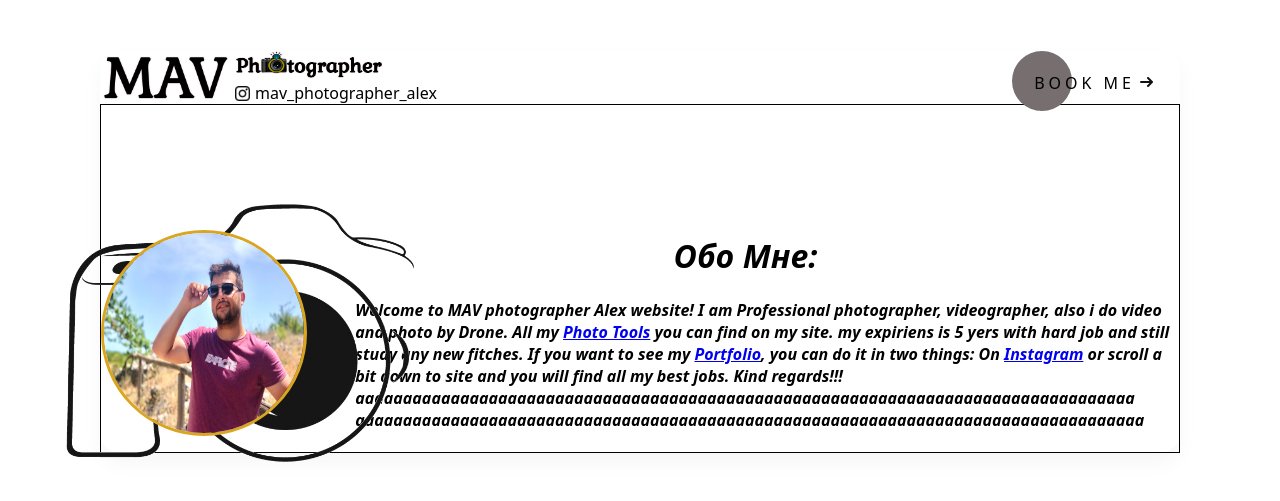
Repository: Dekabrist94/MAV
Page: /
An editor plug-in stored every save of this project. The page is shown before and after the next save, followed by the edit.
The browser window is 1280 px wide. The pictures show the whole page.
The project was rebuilt for these pictures with package versions that can differ from the ones it lists, and the page was loaded fresh each time.

Above is the page before, as saved 2023-02-28 22:22:57.

After the next save:
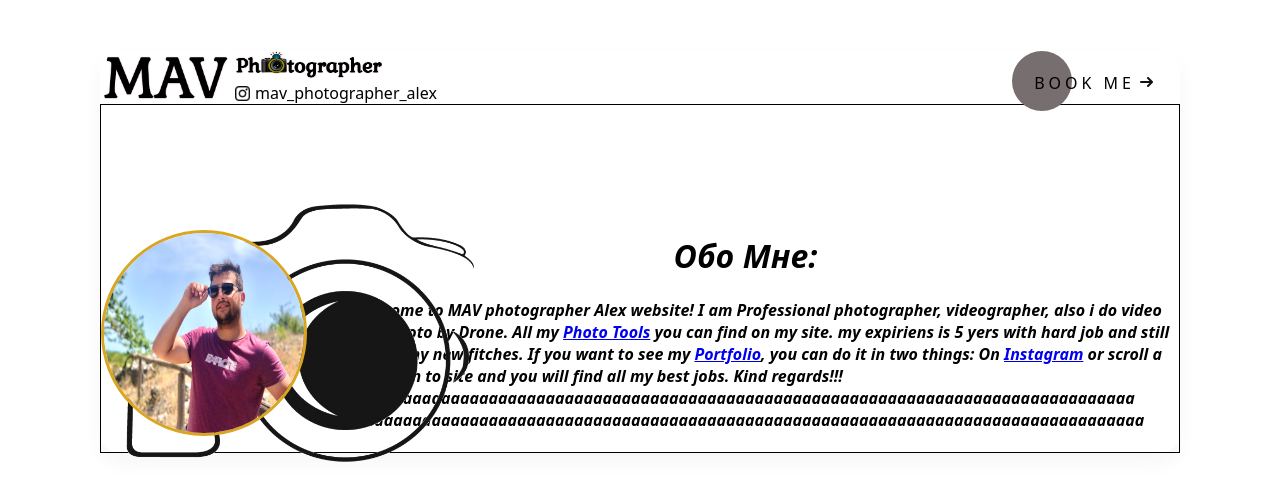
Saved 6 s later.
--- a/src/index.scss
+++ b/src/index.scss
@@ -53,7 +53,7 @@
   position: relative;
 }
 .camera {
-  left: -10px;
+  left: 50px;
   position: absolute;
 }
 .avatar {
